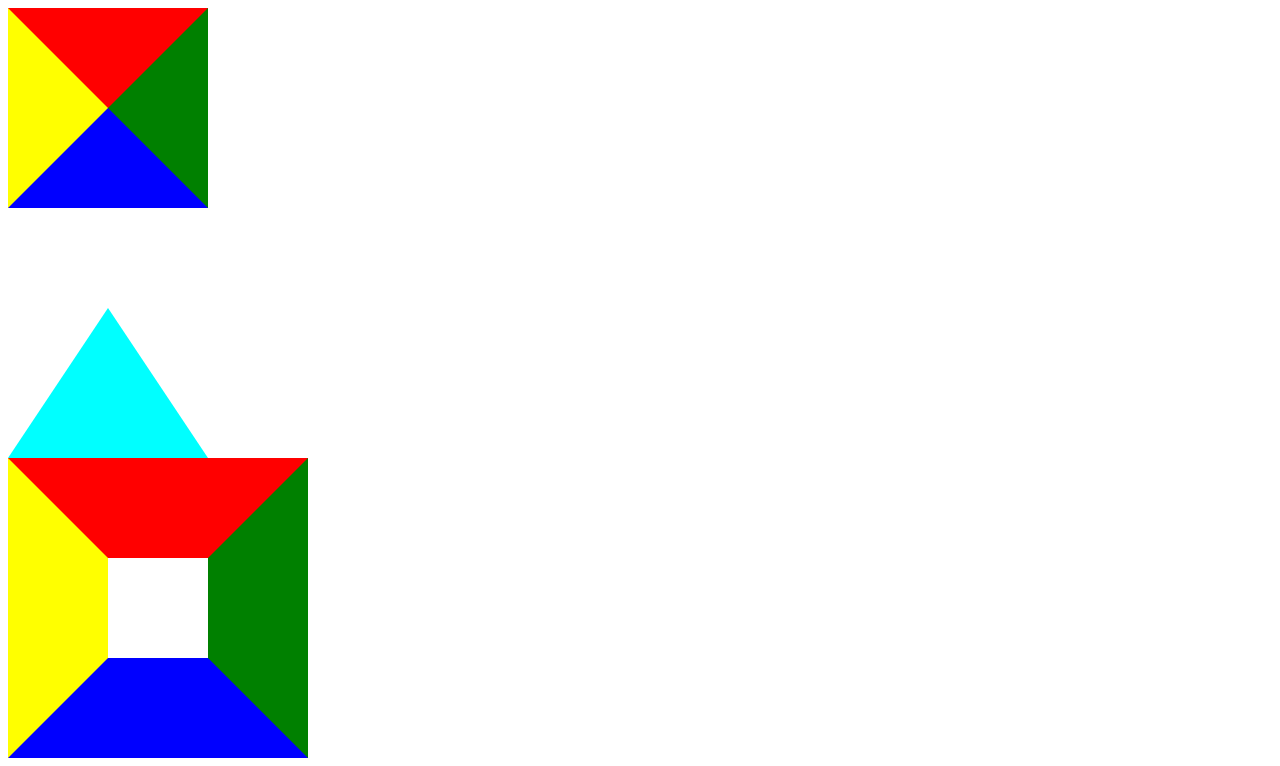
Repository: zh-webliker/achiveSomeFunction
Page: css/css画图.html
The author's editor kept a copy of each file at every save. The page is drawn from the files as they stood at one save, then again after the next save.
The browser window is 1280 px wide. The pictures show the whole page.

Above is the page before, as saved 2021-07-13 16:11:50.

After the next save:
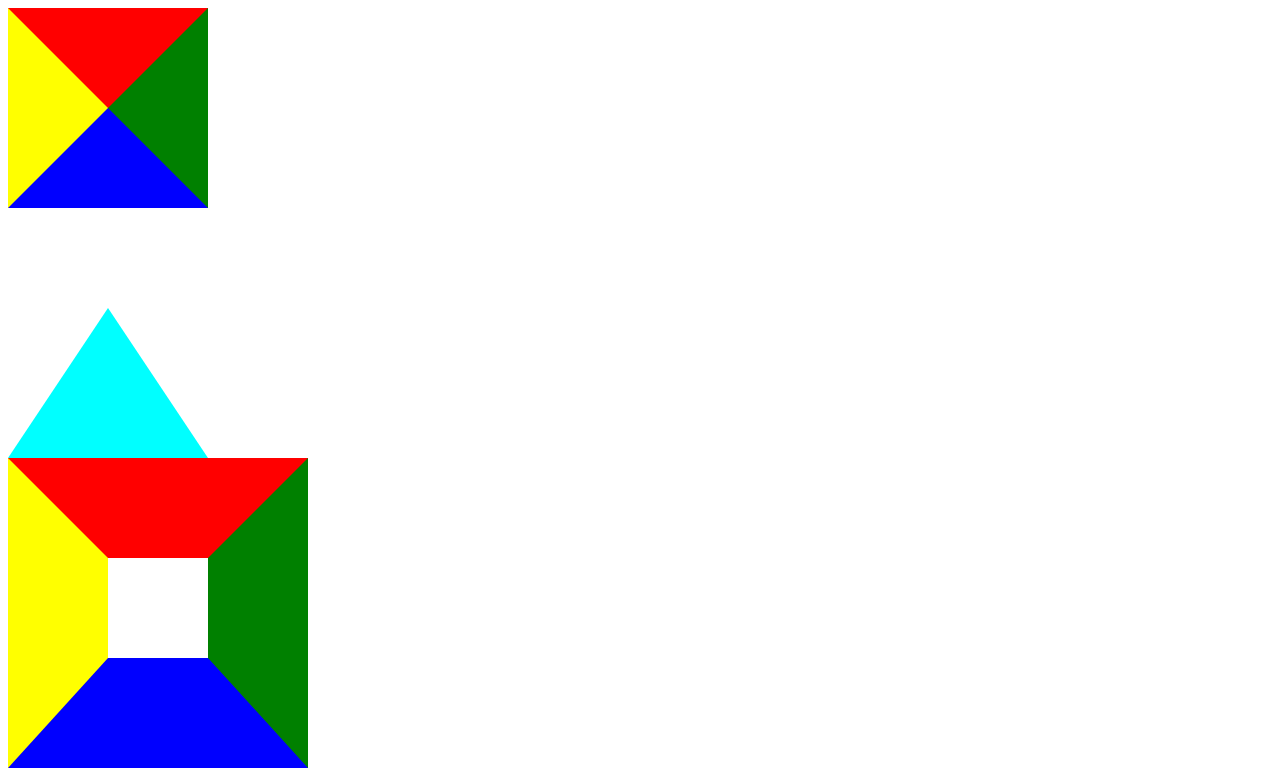
Saved 55 s later.
--- a/css/css画图.html
+++ b/css/css画图.html
@@ -24,7 +24,7 @@
   .trapezoid  {
     width: 100px;
     height: 100px;
-    border-bottom: 100px solid blue;
+    border-bottom: 110px solid blue;
     border-top: 100px solid red;
     border-left: 100px solid yellow;
     border-right: 100px solid green;
